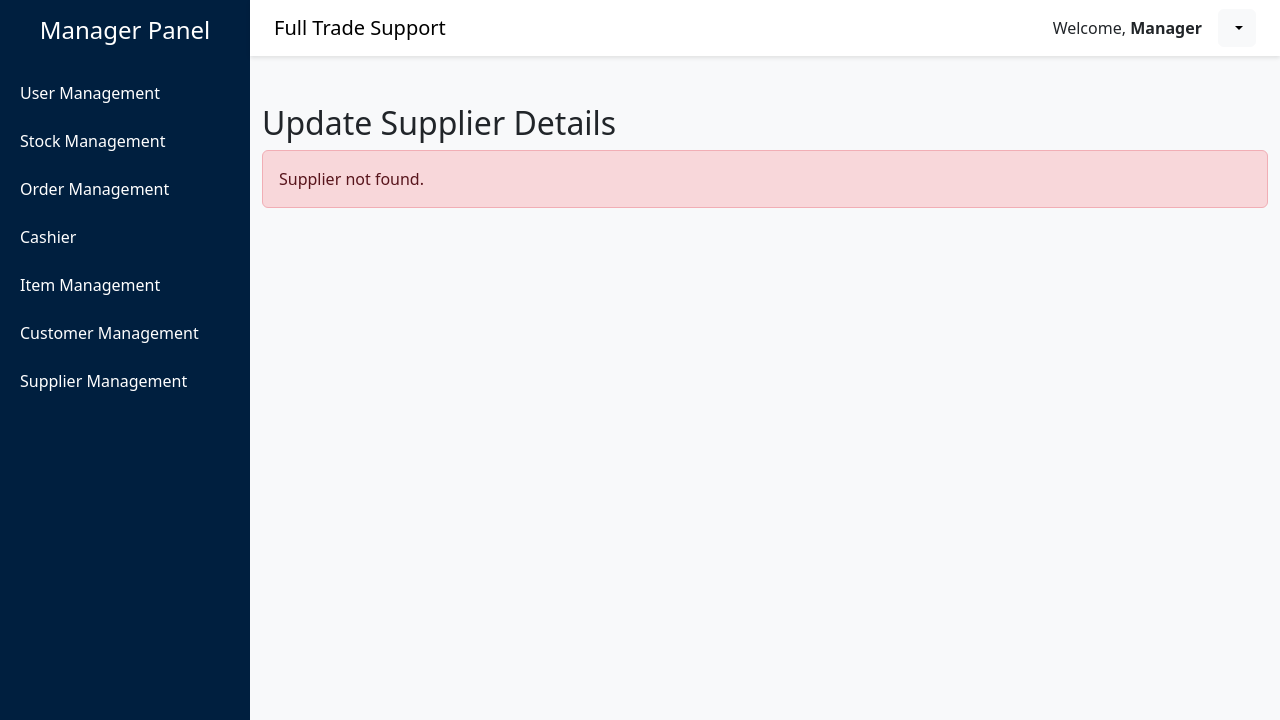
Repository: LakviduUpasara/onlineSparePartsManagementSystem
Page: http://localhost/Spare_parts_Management_Systems/supplier-update
An editor plug-in stored every save of this project. The page is shown before and after the next save, followed by the edit.
The browser window is 1280 px wide. The pictures show the whole page.
The page is served by Tomcat 9. Queries for data that is not in the repository find no rows.

Above is the page before, as saved 2025-05-13 20:50:25.

After the next save:
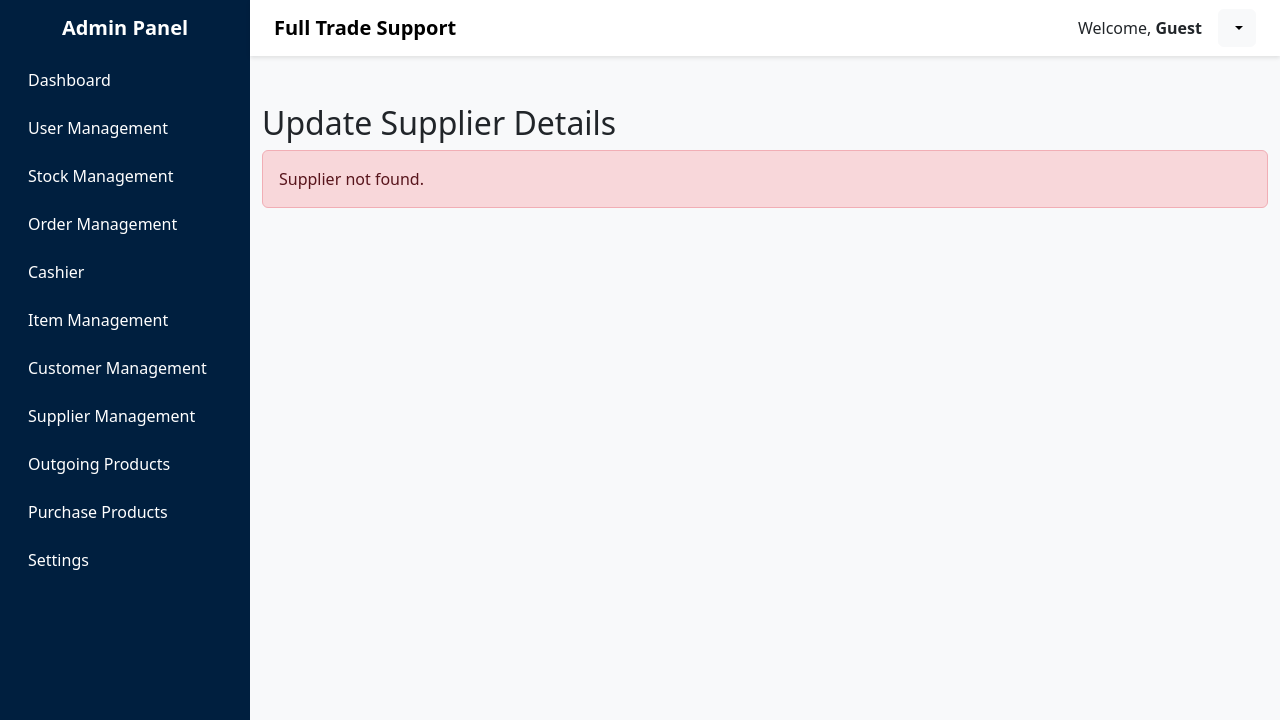
Saved 112 s later.
--- a/Project/Project/Spare_parts_Management_Systems/src/main/webapp/Maneger/supplier-update.jsp
+++ b/Project/Project/Spare_parts_Management_Systems/src/main/webapp/Maneger/supplier-update.jsp
@@ -14,33 +14,44 @@
 <body>
   <!-- Sidebar -->
   <div class="sidebar">
-    <h4 class="text-center mb-4">Manager  Panel</h4>
-    <a href="#"><i class="fas fa-users"></i> User Management</a>
-    <a href="#"><i class="fas fa-boxes"></i> Stock Management</a>
-    <a href="#"><i class="fas fa-shopping-cart"></i> Order Management</a>
-    <a href="#"><i class="fas fa-cash-register"></i> Cashier</a>
-    <a href="#"><i class="fas fa-box"></i> Item Management</a>
-    <a href="#"><i class="fas fa-user-friends"></i> Customer Management</a>
-    <a href="#"><i class="fas fa-truck"></i> Supplier Management</a>
+    <h5>Admin Panel</h5>
+    <a href="dashboard.jsp"><i class="fas fa-chart-line me-2"></i> Dashboard</a>
+    <a href="GetAllServlet"><i class="fas fa-users me-2"></i>User Management</a>
+    <a href="#"><i class="fas fa-boxes me-2"></i>Stock Management</a>
+    <a href="#"><i class="fas fa-shopping-cart me-2"></i>Order Management</a>
+    <a href="#"><i class="fas fa-cash-register me-2"></i>Cashier</a>
+    <a href="#"><i class="fas fa-box me-2"></i>Item Management</a>
+    <a href="#"><i class="fas fa-user-friends me-2"></i>Customer Management</a>
+    <a href="supplier-list"><i class="fas fa-truck me-2"></i>Supplier Management</a>
+    <a href="#"><i class="fas fa-arrow-up-right-from-square me-2"></i>Outgoing Products</a>
+    <a href="#"><i class="fas fa-arrow-down-to-line me-2"></i>Purchase Products</a>
+    <a href="#" data-bs-toggle="collapse" data-bs-target="#settingsMenu"><i class="fas fa-gear me-2"></i>Settings</a>
+    <div class="collapse ms-3" id="settingsMenu">
+      <a href="profile.jsp" class="d-block mt-1"><i class="fas fa-id-badge me-2"></i>Profile Settings</a>
+      <a href="#" class="d-block mt-1"><i class="fas fa-lock me-2"></i>Change Password</a>
+      <a href="#" class="d-block mt-1"><i class="fas fa-sliders-h me-2"></i>System Preferences</a>
+    </div>
   </div>
 
 
 
   <!-- Main Content -->
-  <div class="main-content">
+  <div class="main-content w-100">
     <nav class="navbar navbar-expand-lg navbar-light px-4">
-      <a class="navbar-brand" href="#">Full Trade Support</a>
+      <a class="navbar-brand fw-bold" href="#">Full Trade Support</a>
       <div class="ms-auto d-flex align-items-center">
-        <span class="me-3">Welcome, <strong>Manager</strong></span>
+        <span class="me-3">
+          Welcome, <strong><%= session.getAttribute("userName") != null ? session.getAttribute("userName") : "Guest" %></strong>
+        </span>
         <div class="dropdown">
-          <a class="btn btn-light dropdown-toggle" href="#" id="userDropdown" data-bs-toggle="dropdown">
-            <i class="fas fa-user-circle"></i>
+          <a class="btn btn-light dropdown-toggle" href="#" role="button" data-bs-toggle="dropdown">
+            <i class="fas fa-user-circle fa-lg"></i>
           </a>
-          <ul class="dropdown-menu dropdown-menu-end" aria-labelledby="userDropdown">
-            <li><a class="dropdown-item" href="profile.jsp">Profile</a></li>
-            <li><a class="dropdown-item" href="#">Settings</a></li>
+          <ul class="dropdown-menu dropdown-menu-end">
+            <li><a class="dropdown-item" href="profile.jsp"><i class="fas fa-id-badge me-2"></i>Profile</a></li>
+            <li><a class="dropdown-item" href="#"><i class="fas fa-cogs me-2"></i>Settings</a></li>
             <li><hr class="dropdown-divider"></li>
-            <li><a class="dropdown-item text-danger" href="#">Logout</a></li>
+            <li><a class="dropdown-item text-danger" href="logout.jsp"><i class="fas fa-sign-out-alt me-2"></i>Logout</a></li>
           </ul>
         </div>
       </div>
